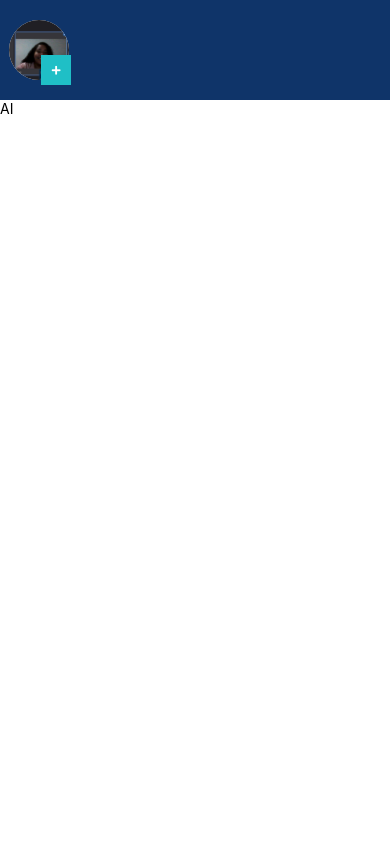
Repository: andre06x/native-estacio
Screen: /
These files come from the project's save history. The screen is drawn as it stood at one moment and after the next save; the edit follows.
The app was drawn by React Native's web renderer in a window 390 px wide. The project was rebuilt for these pictures with package versions that can differ from the ones it lists, and the page was loaded fresh each time. Also part of the build but not shown: src/Pages/Login/index.tsx.

Above is the screen before, as saved 2022-03-24 13:54:14.

After the next save:
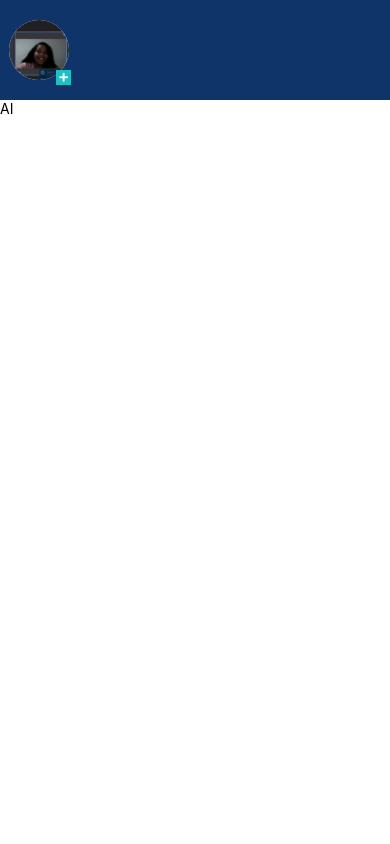
Saved 8 s later.
--- a/src/Pages/Home/index.tsx
+++ b/src/Pages/Home/index.tsx
@@ -67,8 +67,8 @@
     right: -2,
     bottom: -5,
     backgroundColor: "#1FBFC6",
-    width: 30,
-    height: 30,
+    width: 15,
+    height: 15,
     justifyContent: "center",
     alignItems: "center"
   }
